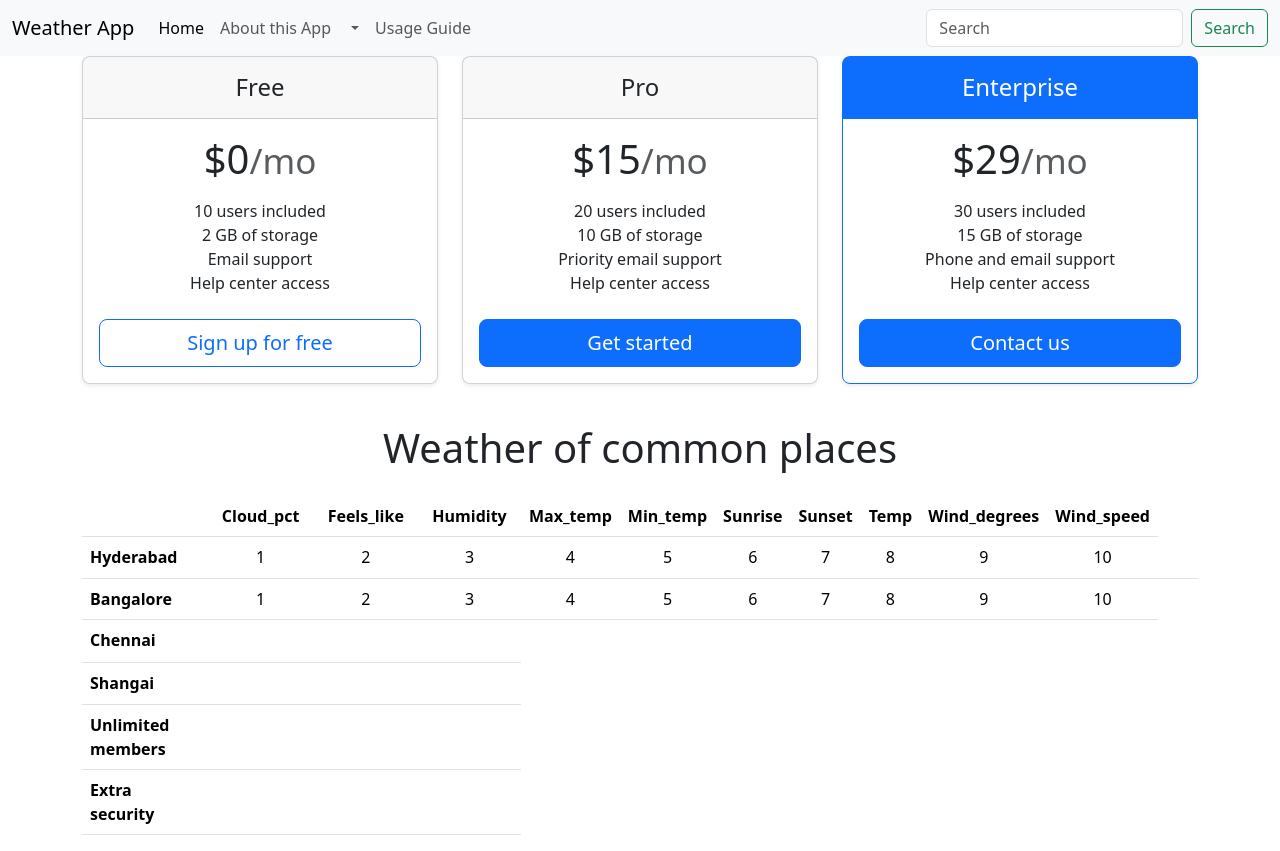
Repository: Abhilash2909/weather
Page: index.html
An editor plug-in stored every save of this project. The page is shown before and after the next save, followed by the edit.
The browser window is 1280 px wide. The pictures show the whole page.
The page's requests for data from a server got no answer.

Above is the page before, as saved 2024-02-11 10:43:00.

### index.html
<!doctype html>
<html lang="en">
  <head>
    <meta charset="utf-8">
    <meta name="viewport" content="width=device-width, initial-scale=1">
    <title>My Weather App</title>
    <link href="https://cdn.jsdelivr.net/npm/bootstrap@5.3.2/dist/css/bootstrap.min.css" rel="stylesheet" integrity="sha384-T3c6CoIi6uLrA9TneNEoa7RxnatzjcDSCmG1MXxSR1GAsXEV/Dwwykc2MPK8M2HN" crossorigin="anonymous">
  </head>
  <body>
    <nav class="navbar navbar-expand-lg bg-body-tertiary">
        <div class="container-fluid">
          <a class="navbar-brand" href="#">Weather App</a>
          <button class="navbar-toggler" type="button" data-bs-toggle="collapse" data-bs-target="#navbarSupportedContent" aria-controls="navbarSupportedContent" aria-expanded="false" aria-label="Toggle navigation">
            <span class="navbar-toggler-icon"></span>
          </button>
          <div class="collapse navbar-collapse" id="navbarSupportedContent">
            <ul class="navbar-nav me-auto mb-2 mb-lg-0">
              <li class="nav-item">
                <a class="nav-link active" aria-current="page" href="#">Home</a>
              </li>
              <li class="nav-item">
                <a class="nav-link" href="#">About this App</a>
              </li>
              <li class="nav-item dropdown">
                <a class="nav-link dropdown-toggle" href="#" role="button" data-bs-toggle="dropdown" aria-expanded="false">
                </a>
                <ul class="dropdown-menu">
                  <li><a class="dropdown-item" href="#">Delhi</a></li>
                  <li><a class="dropdown-item" href="#">Seattle</a></li>
                  <li><hr class="dropdown-divider"></li>
                  <li><a class="dropdown-item" href="#">Bangalore</a></li>
                </ul>
              </li>
              <li class="nav-item">
                <a class="nav-link" aria-disabled="true">Usage Guide</a>
              </li>
            </ul>
            <form class="d-flex" role="search">
              <input class="form-control me-2" type="search" placeholder="Search" aria-label="Search">
              <button class="btn btn-outline-success" type="submit">Search</button>
            </form>
          </div>
        </div>
      </nav>

      <div class="container"><main>
        <div class="row row-cols-1 row-cols-md-3 mb-3 text-center">
          <div class="col">
            <div class="card mb-4 rounded-3 shadow-sm">
              <div class="card-header py-3">
                <h4 class="my-0 fw-normal">Free</h4>
              </div>
              <div class="card-body">
                <h1 class="card-title pricing-card-title">$0<small class="text-body-secondary fw-light">/mo</small></h1>
                <ul class="list-unstyled mt-3 mb-4">
                  <li>10 users included</li>
                  <li>2 GB of storage</li>
                  <li>Email support</li>
                  <li>Help center access</li>
                </ul>
                <button type="button" class="w-100 btn btn-lg btn-outline-primary">Sign up for free</button>
              </div>
            </div>
          </div>
          <div class="col">
            <div class="card mb-4 rounded-3 shadow-sm">
              <div class="card-header py-3">
                <h4 class="my-0 fw-normal">Pro</h4>
              </div>
              <div class="card-body">
                <h1 class="card-title pricing-card-title">$15<small class="text-body-secondary fw-light">/mo</small></h1>
                <ul class="list-unstyled mt-3 mb-4">
                  <li>20 users included</li>
                  <li>10 GB of storage</li>
                  <li>Priority email support</li>
                  <li>Help center access</li>
                </ul>
                <button type="button" class="w-100 btn btn-lg btn-primary">Get started</button>
              </div>
            </div>
          </div>
          <div class="col">
            <div class="card mb-4 rounded-3 shadow-sm border-primary">
              <div class="card-header py-3 text-bg-primary border-primary">
                <h4 class="my-0 fw-normal">Enterprise</h4>
              </div>
              <div class="card-body">
                <h1 class="card-title pricing-card-title">$29<small class="text-body-secondary fw-light">/mo</small></h1>
                <ul class="list-unstyled mt-3 mb-4">
                  <li>30 users included</li>
                  <li>15 GB of storage</li>
                  <li>Phone and email support</li>
                  <li>Help center access</li>
                </ul>
                <button type="button" class="w-100 btn btn-lg btn-primary">Contact us</button>
              </div>
            </div>
          </div>
        </div>

        <h2 class="display-6 text-center mb-4">Weather of common places</h2>

        <div class="table-responsive">
          <table class="table text-center">
            <thead>
              <tr>
                <th style="width: 34%;">   </th>
                <th style="width: 22%;"> Cloud_pct </th>
                <th style="width: 22%;"> Feels_like </th>
                <th style="width: 22%;"> Humidity </th>
                <th style="width: 22%;"> Max_temp </th>
                <th style="width: 22%;"> Min_temp </th>
                <th style="width: 22%;"> Sunrise </th>
                <th style="width: 22%;"> Sunset </th>
                <th style="width: 22%;"> Temp </th>
                <th style="width: 22%;"> Wind_degrees </th>
                <th style="width: 22%;"> Wind_speed </th>
              </tr>
            </thead>
            <tbody>
              <tr>
                <th scope="row" class="text-start">Hyderabad</th>
                <td>1</td>
                <td>2</td>
                <td>3</td>
                <td>4</td>
                <td>5</td>
                <td>6</td>
                <td>7</td>
                <td>8</td>
                <td>9</td>
                <td>10</td>

                <td><svg class="bi" width="24" height="24"><use xlink:href="#check"></use></svg></td>
              </tr>
              <tr>
                <th scope="row" class="text-start">Bangalore</th>
                <td>1</td>
                <td>2</td>
                <td>3</td>
                <td>4</td>
                <td>5</td>
                <td>6</td>
                <td>7</td>
                <td>8</td>
                <td>9</td>
                <td>10</td>
              </tr>
            </tbody>

            <tbody>
              <tr>
                <th scope="row" class="text-start">Chennai</th>
                <td><svg class="bi" width="24" height="24"><use xlink:href="#check"></use></svg></td>
                <td><svg class="bi" width="24" height="24"><use xlink:href="#check"></use></svg></td>
                <td><svg class="bi" width="24" height="24"><use xlink:href="#check"></use></svg></td>
              </tr>
              <tr>
                <th scope="row" class="text-start">Shangai</th>
                <td></td>
                <td><svg class="bi" width="24" height="24"><use xlink:href="#check"></use></svg></td>
                <td><svg class="bi" width="24" height="24"><use xlink:href="#check"></use></svg></td>
              </tr>
              <tr>
                <th scope="row" class="text-start">Unlimited members</th>
                <td></td>
                <td><svg class="bi" width="24" height="24"><use xlink:href="#check"></use></svg></td>
                <td><svg class="bi" width="24" height="24"><use xlink:href="#check"></use></svg></td>
              </tr>
              <tr>
                <th scope="row" class="text-start">Extra security</th>
                <td></td>
                <td></td>
                <td><svg class="bi" width="24" height="24"><use xlink:href="#check"></use></svg></td>
              </tr>
            </tbody>
          </table>
        </div>
      </main></div>
    <script src="https://cdn.jsdelivr.net/npm/bootstrap@5.3.2/dist/js/bootstrap.bundle.min.js" integrity="sha384-C6RzsynM9kWDrMNeT87bh95OGNyZPhcTNXj1NW7RuBCsyN/o0jlpcV8Qyq46cDfL" crossorigin="anonymous"></script>
    <script src="script.js"></script>
</body>
</html>

### script.js
// const options = {
// method: 'GET',
// headers: {
//         'X-RapidAPI-Key': 'b45e96323fmshf5e4bc50d3b8a90p1e091djsnfb21cde4eb87',
// '       X-RapidAPI-Host': 'weather-by-api-ninjas.p.rapidapi.com'
//     }
// };

// fetch('https://weather-by-api-ninjas.p.rapidapi.com/v1/weather?city=Seattle', options)
//     .then(response => response.json())
//     .then(response => console.log(response))
//     .catch(err => console.error(err));



const options = {
    method: 'GET',
    headers: {
      'X-RapidAPI-Key': 'b45e96323fmshf5e4bc50d3b8a90p1e091djsnfb21cde4eb87',
      'X-RapidAPI-Host': 'weather-by-api-ninjas.p.rapidapi.com'
    }
  };

  fetch('https://weather-by-api-ninjas.p.rapidapi.com/v1/weather?city=Seattle', options)
    .then(response => response.json())
    .then(data => console.log(data))
    .catch(error => console.error(error));

After the next save:
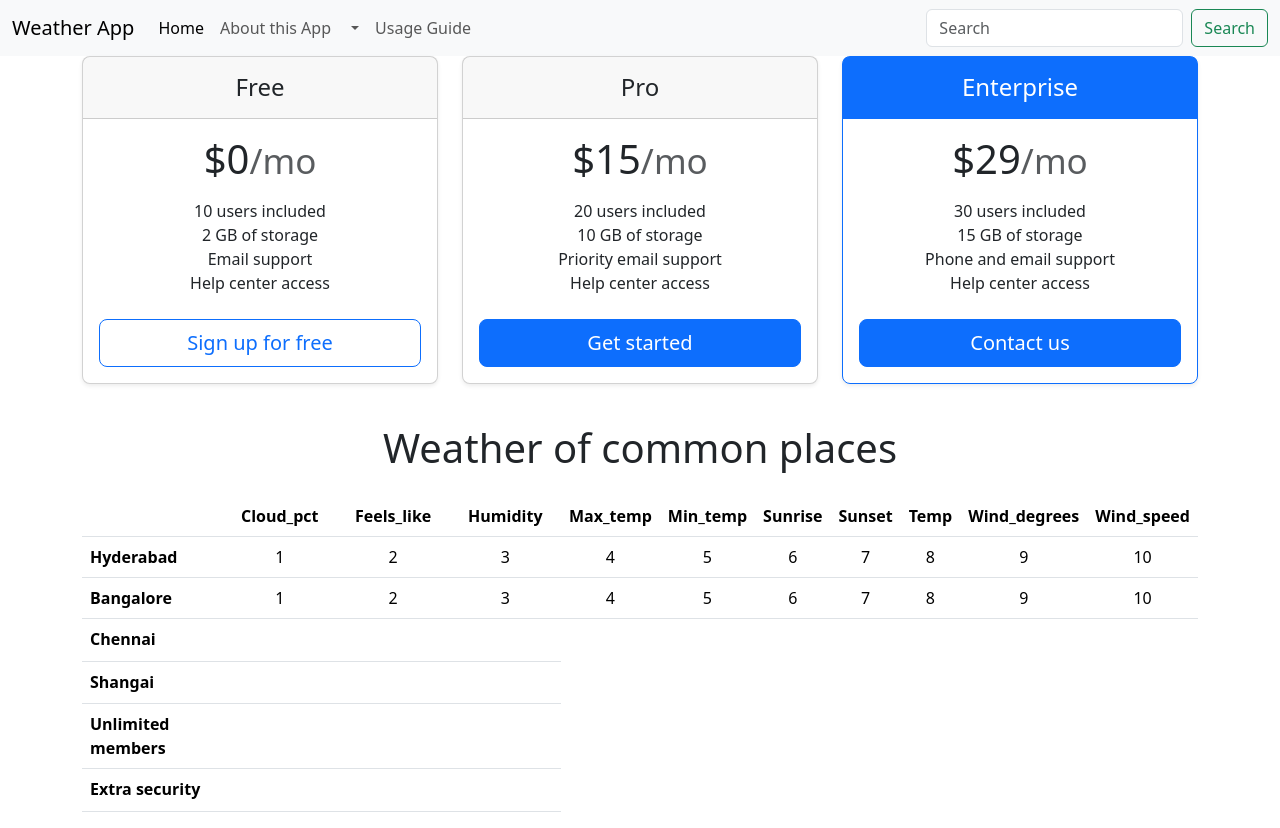
Saved 11 s later.
--- a/index.html
+++ b/index.html
@@ -131,7 +131,7 @@
                 <td>9</td>
                 <td>10</td>
 
-                <td><svg class="bi" width="24" height="24"><use xlink:href="#check"></use></svg></td>
+
               </tr>
               <tr>
                 <th scope="row" class="text-start">Bangalore</th>
@@ -144,7 +144,7 @@
                 <td>7</td>
                 <td>8</td>
                 <td>9</td>
-                <td>10</td>
+                <td>10</td
               </tr>
             </tbody>
 
